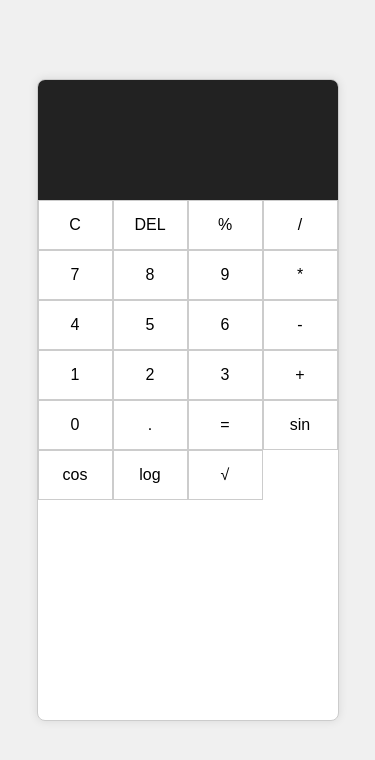
Repository: JuliusMonday/myCalculator
Page: index.html
These files come from the project's save history. The page is drawn as it stood at one moment and after a run of saves; the edit follows.
The browser window is 375 px wide. The pictures show the whole page.

Above is the page before, as saved 2024-05-31 08:17:44.

### index.html
<!DOCTYPE html>
<html lang="en">
<head>
    <meta charset="UTF-8">
    <meta name="viewport" content="width=device-width, initial-scale=1.0">
    <title>JuliusCalc - Scientific Calculator</title>
    <link rel="stylesheet" href="styles.css">
</head>
<body>
    <div class="calculator">
        <div class="display">
            <input type="text" id="result" disabled>
        </div>
        <div class="buttons">
            <button onclick="clearDisplay()">C</button>
            <button onclick="deleteChar()">DEL</button>
            <button onclick="appendChar('%')">%</button>
            <button onclick="appendChar('/')">/</button>

            <button onclick="appendChar('7')">7</button>
            <button onclick="appendChar('8')">8</button>
            <button onclick="appendChar('9')">9</button>
            <button onclick="appendChar('*')">*</button>

            <button onclick="appendChar('4')">4</button>
            <button onclick="appendChar('5')">5</button>
            <button onclick="appendChar('6')">6</button>
            <button onclick="appendChar('-')">-</button>

            <button onclick="appendChar('1')">1</button>
            <button onclick="appendChar('2')">2</button>
            <button onclick="appendChar('3')">3</button>
            <button onclick="appendChar('+')">+</button>

            <button onclick="appendChar('0')">0</button>
            <button onclick="appendChar('.')">.</button>
            <button onclick="calculate()">=</button>

            <button onclick="appendChar('Math.sin(')">sin</button>
            <button onclick="appendChar('Math.cos(')">cos</button>
            <button onclick="appendChar('Math.log(')">log</button>
            <button onclick="appendChar('Math.sqrt(')">√</button>
        </div>
    </div>
    <script src="index.js"></script>
</body>
</html>

### styles.css
/* styles.css */

body {
    display: flex;
    justify-content: center;
    align-items: center;
    height: 100vh;
    background-color: #f0f0f0;
    font-family: 'Arial', sans-serif;
    margin: 0;
}

.calculator {
    width: 300px;
    border: 1px solid #ccc;
    border-radius: 8px;
    overflow: hidden;
    box-shadow: 0 0 10px rgba(0, 0, 0, 0.1);
    background-color: #ffffff;
}

.display {
    background-color: #222;
    color: #fff;
    text-align: right;
    padding: 20px;
    font-size: 24px;
}

.display input {
    width: 100%;
    border: none;
    background: none;
    color: #fff;
    text-align: right;
    font-size: 24px;
}

.buttons {
    display: grid;
    grid-template-columns: repeat(4, 1fr);
}

button {
    padding: 20px;
    font-size: 18px;
    border: 1px solid #ccc;
    background-color: #fff;
    cursor: pointer;
    transition: background-color 0.2s;
}

button:hover {
    background-color: #f0f0f0;
}

button:active {
    background-color: #ddd;
}

/* Responsive Design */
@media (max-width: 600px) {
    .calculator {
        width: 80%;
        height: 80%;
        border-radius: 5;
    }
    .display {
        padding: 10px;
        font-size: 20px;
        height: 100px;
    }
    button {
        padding: 15px;
        font-size: 16px;

    }

}

### index.js
// script.js

function appendChar(char) {
    document.getElementById('result').value += char;
}

function clearDisplay() {
    document.getElementById('result').value = '';
}

function deleteChar() {
    let currentDisplay = document.getElementById('result').value;
    document.getElementById('result').value = currentDisplay.slice(0, -1);
}

function calculate() {
    try {
        let expression = document.getElementById('result').value;

        // Automatically close any opened parentheses
        let openParenthesisCount = (expression.match(/\(/g) || []).length;
        let closeParenthesisCount = (expression.match(/\)/g) || []).length;
        let missingCloseParenthesis = openParenthesisCount - closeParenthesisCount;

        for (let i = 0; i < missingCloseParenthesis; i++) {
            expression += ')';
        }

        let result = eval(expression);
        document.getElementById('result').value = result;
    } catch (error) {
        document.getElementById('result').value = 'Error';
    }
}

After the next 2 saves:
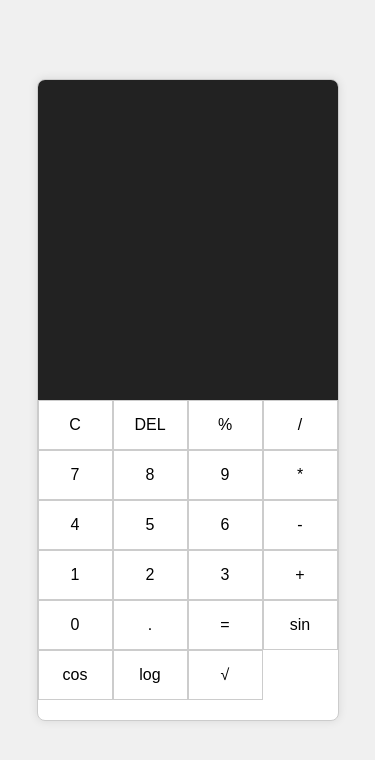
The 2 saves are shown as one change because they came seconds apart.
The last was saved 5 min 2 s later.
--- a/styles.css
+++ b/styles.css
@@ -68,7 +68,7 @@ button:active {
     .display {
         padding: 10px;
         font-size: 20px;
-        height: 100px;
+        height: 300px;
     }
     button {
         padding: 15px;
